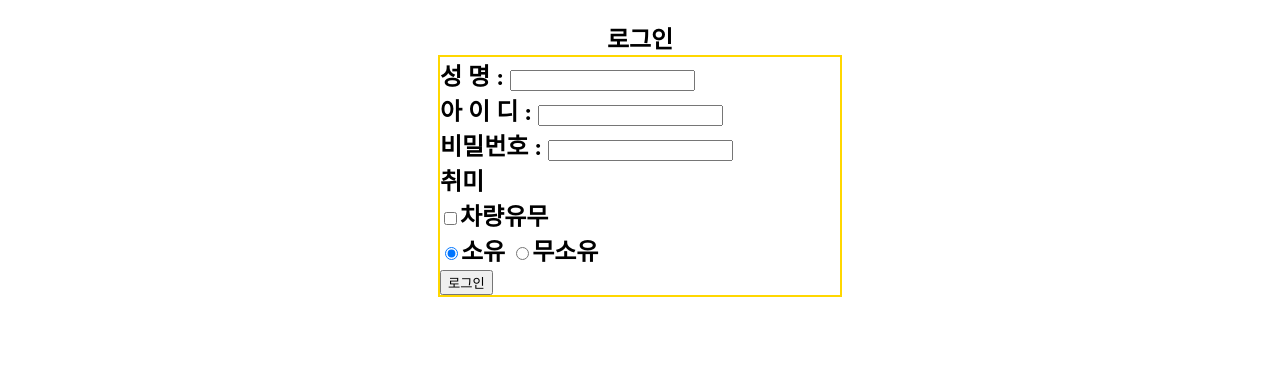
Repository: JaySurplusYoon/JSP_Servlet
Page: jsp01/WebContent/Human_info.html
The author's editor kept a copy of each file at every save. The page is drawn from the files as they stood at one save, then again after the next save.
The browser window is 1280 px wide. The pictures show the whole page.

Above is the page before, as saved 2017-08-10 15:05:46.

### jsp01/WebContent/Human_info.html
<!DOCTYPE html>
<html>
<head>
<meta charset="UTF-8">
<title>회원정보</title>
<style>
	#loginFormArea{
		text-align : left;
		width : 400px;
		margin : auto;
		border : 2px solid gold;
	}
	h2{
		text-align : center;
	}
</style>
</head>
<body>
	<h2>로그인</h>
	<section id  = "loginFormArea">

		<form action="HI" method="get">
		<label id = "name">성 명 :</label>
			<input type ="text" name="name" id="name"><br>
		<label id = "id">아  이  디 :</label>
			<input type= "text" name= "id" id="id"> <br>
		<label id = "password">비밀번호 :</label>
			<input type = "password" name="pwd" id="pw"><br>
		<label id = "hobby">취미</label><br>
			<input type="checkbox" name="hobby"
		<label id = "car">차량유무</label><br>
			<input type="radio" name="car" value="소유" checked="checked">소유
			<input type="radio" name="car" value="무소유">무소유<br>
		<input type="submit" value="로그인">
		</form>
	</section>

</body>
</html>

After the next save:
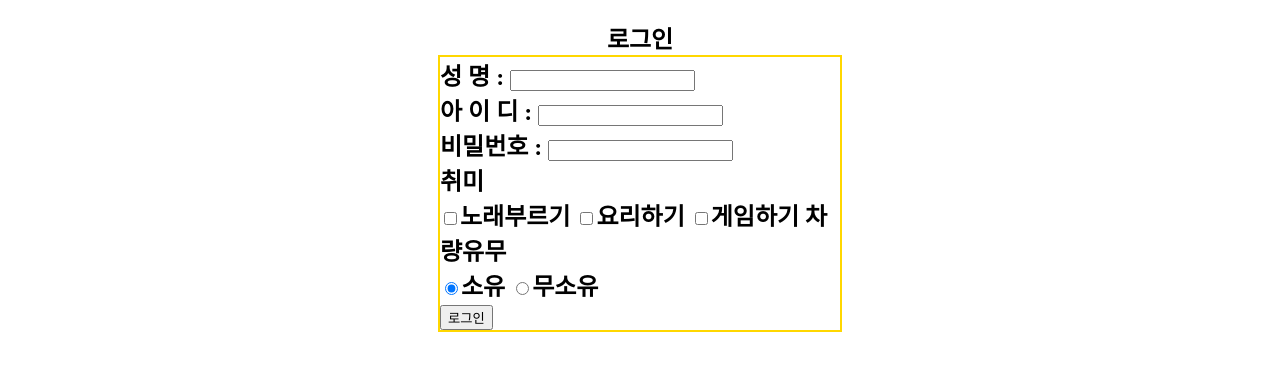
Saved 64 s later.
--- a/jsp01/WebContent/Human_info.html
+++ b/jsp01/WebContent/Human_info.html
@@ -27,7 +27,10 @@
 		<label id = "password">비밀번호 :</label>
 			<input type = "password" name="pwd" id="pw"><br>
 		<label id = "hobby">취미</label><br>
-			<input type="checkbox" name="hobby"
+			<input type="checkbox" name="hobby" value="노래부르기">노래부르기
+			<input type="checkbox" name="hobby" value="노래부르기">요리하기
+			<input type="checkbox" name="hobby" value="노래부르기">게임하기
+
 		<label id = "car">차량유무</label><br>
 			<input type="radio" name="car" value="소유" checked="checked">소유
 			<input type="radio" name="car" value="무소유">무소유<br>
